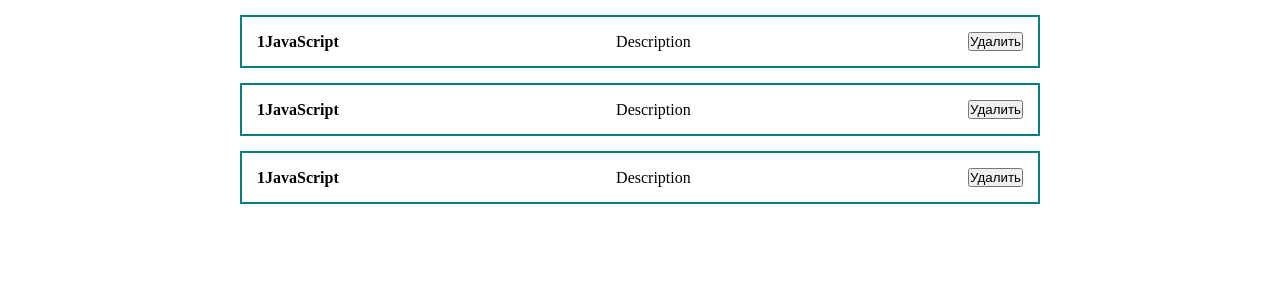
Repository: otvertka/ulb2_react
Page: / (app in jk_project/)
The author's editor kept a copy of each file at every save. The page is drawn from the files as they stood at one save, then again after the next save.
The browser window is 1280 px wide. The pictures show the whole page.
The project was rebuilt for these pictures with package versions that can differ from the ones it lists, and the page was loaded fresh each time. Also part of the build but not shown: jk_project/src/component/Counter.jsx, jk_project/src/component/ClassCounter.jsx.

Above is the page before, as saved 2023-09-08 11:03:12.

After the next save:
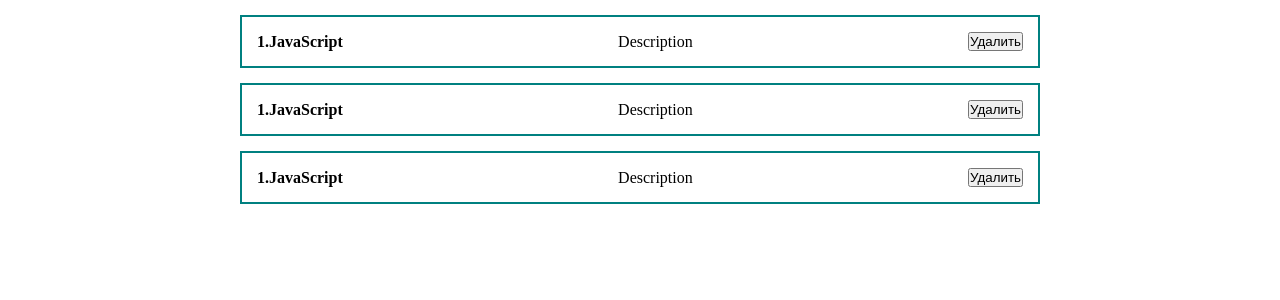
Saved 7 s later.
--- a/jk_project/src/component/PostItem.jsx
+++ b/jk_project/src/component/PostItem.jsx
@@ -7,8 +7,7 @@ const PostItem = (props) => {
       <div className="post">
         <div className="post__content">
           <strong>
-            {props.post.id}
-            {props.post.title}
+            {props.post.id}.{props.post.title}
           </strong>
         </div>
         <div>{props.post.body}</div>
